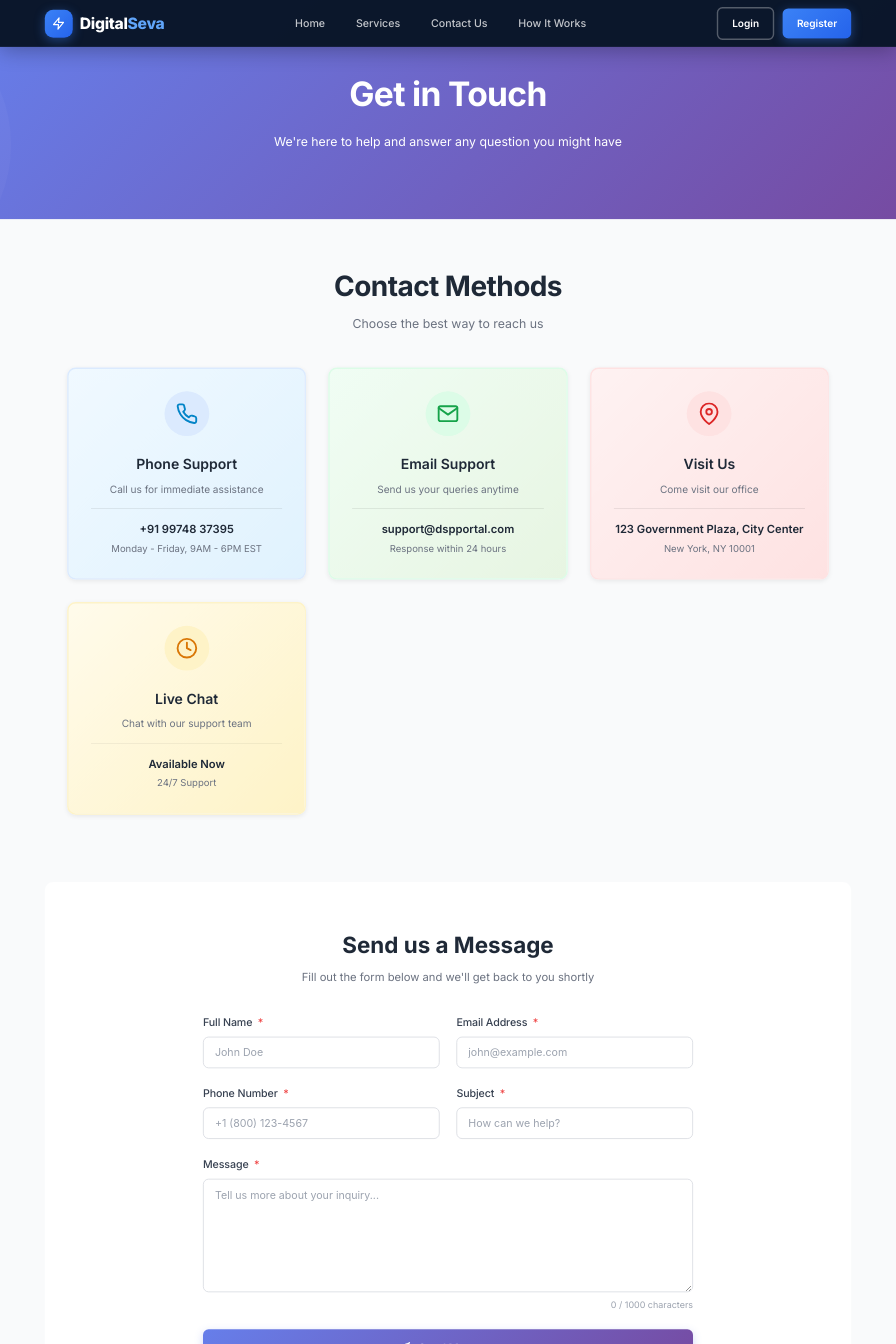
Repository: gautamv8484/Digital-Seva
Page: /Contact-Us
These files come from the project's save history. The page is drawn as it stood at one moment and after the next save; the edit follows.
The browser window is 1280 px wide. The pictures show the part of the page from y = 0 to 1920 px (the page is 3991 px tall), at 70% of full size.
The project was rebuilt for these pictures with package versions that can differ from the ones it lists, and the page was loaded fresh each time. Also part of the build but not shown: src/components/ProtectedRoute.js, src/components/AdminprotectedRoute.js, src/styles/Hero.css, src/components/Hero.js, src/data/serviceData.js, src/styles/SearchBar.css, src/components/SearchBar.js, src/components/Categories.js and 19 more.

Above is the page before, as saved 2026-04-12 11:17:24.

After the next save:
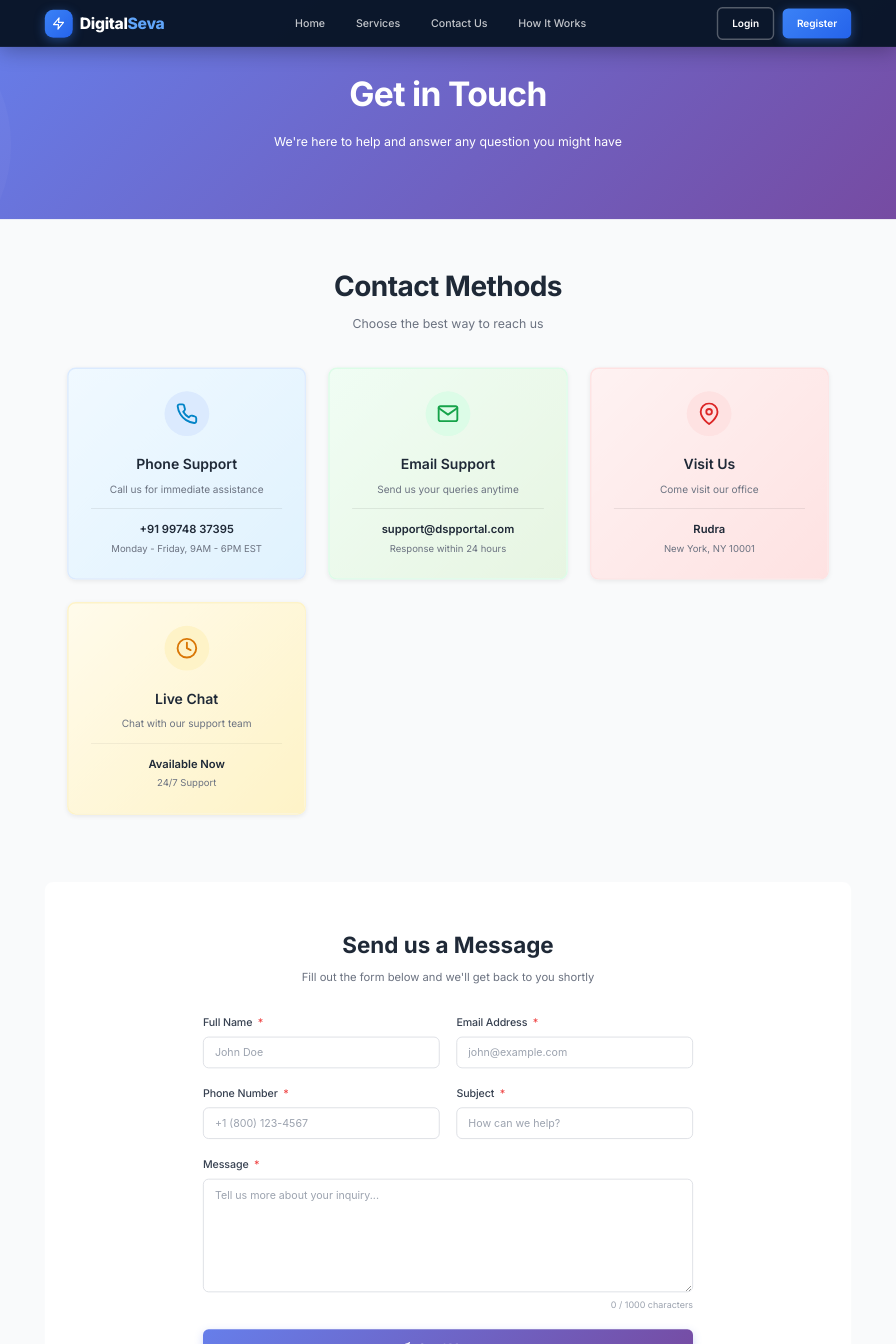
Saved 14 s later.
--- a/src/components/ContactPage.js
+++ b/src/components/ContactPage.js
@@ -52,7 +52,7 @@ const ContactPage = () => {
       icon: FiMapPin,
       title: 'Visit Us',
       description: 'Come visit our office',
-      details: '123 Government Plaza, City Center',
+      details: 'Rudra',
       subtext: 'New York, NY 10001',
       color: 'danger'
     },
